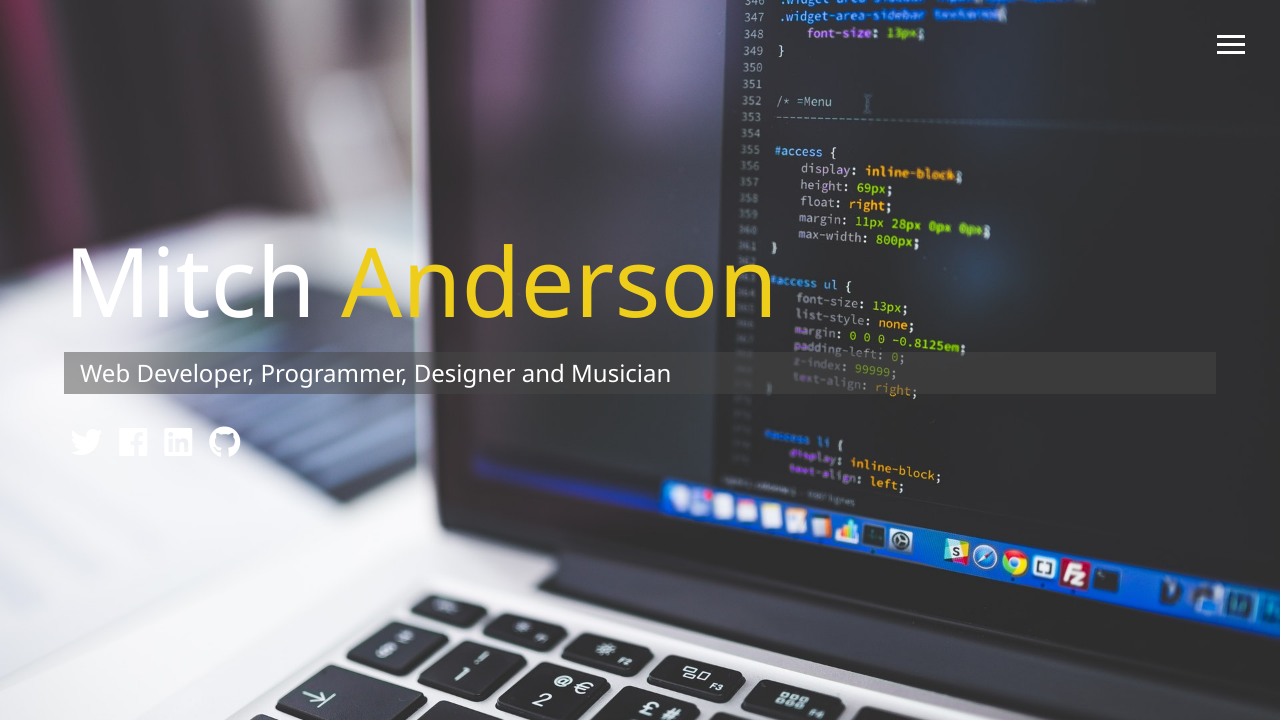
Repository: Wellwisher1348/job_portfolio
Page: dist/index.html
The author's editor kept a copy of each file at every save. The page is drawn from the files as they stood at one save, then again after the next save.
The browser window is 1280 px wide. The pictures show the whole page.
Some web libraries are served in a nearby version.

Above is the page before, as saved 2021-01-25 14:09:18.

After the next save:
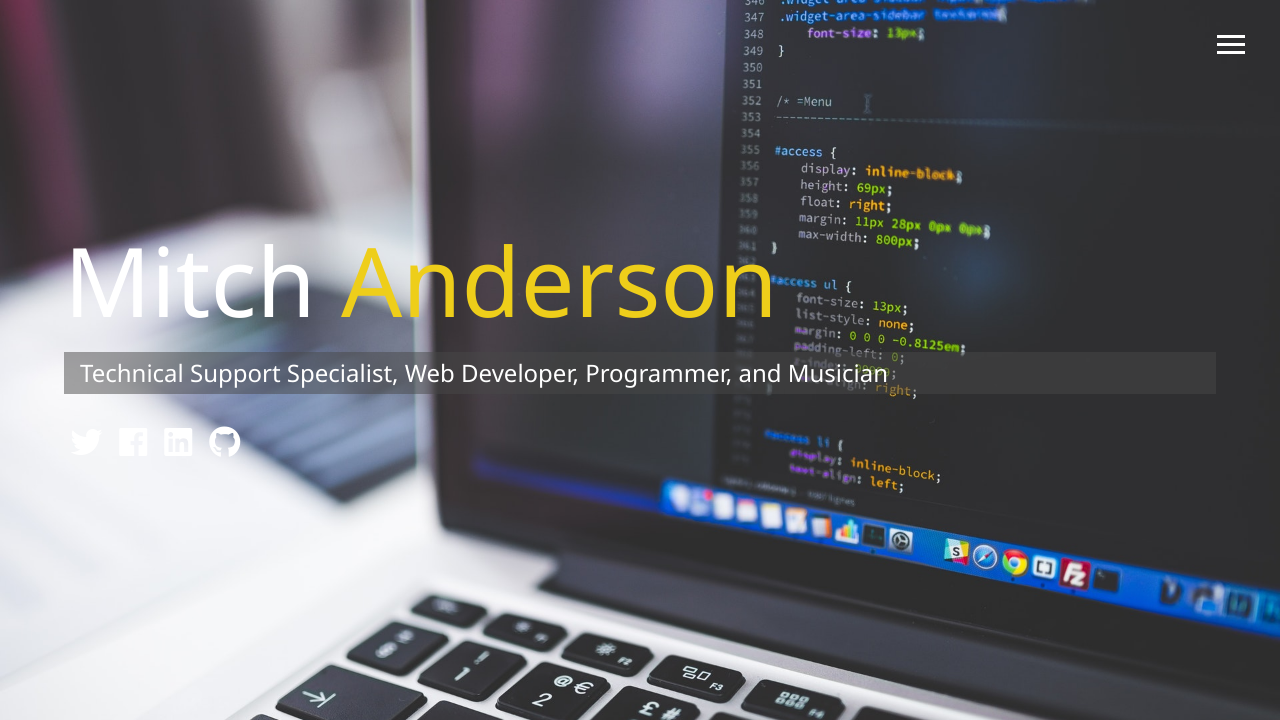
Saved 18 min 53 s later.
--- a/dist/index.html
+++ b/dist/index.html
@@ -54,7 +54,7 @@
             <span class="text-secondary">Anderson</span>
         </h1>
         <h2 class="sm-heading">
-            Web Developer, Programmer, Designer and Musician
+            Technical Support Specialist, Web Developer, Programmer, and Musician
         </h2>
         <div class="icons">
             <a href="#!">
